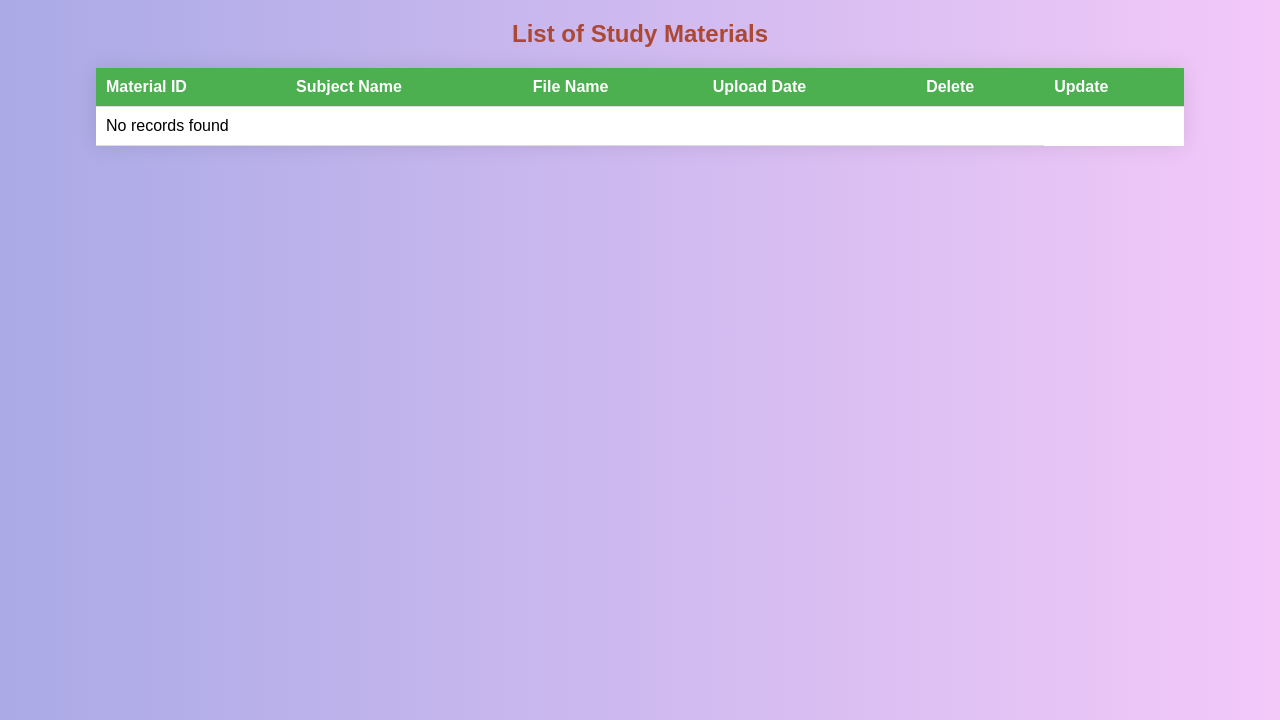
Repository: Acharya-Keerthana/Education
Page: http://localhost/third_sem/COD.php
An editor plug-in stored every save of this project. The page is shown before and after the next save, followed by the edit.
The browser window is 1280 px wide. The pictures show the whole page.
The page is run by PHP 8.4 with error messages shown; the project is at /var/www/html/. Queries for data that is not in the repository find no rows.

Above is the page before, as saved 2024-04-16 20:50:25.

After the next save:
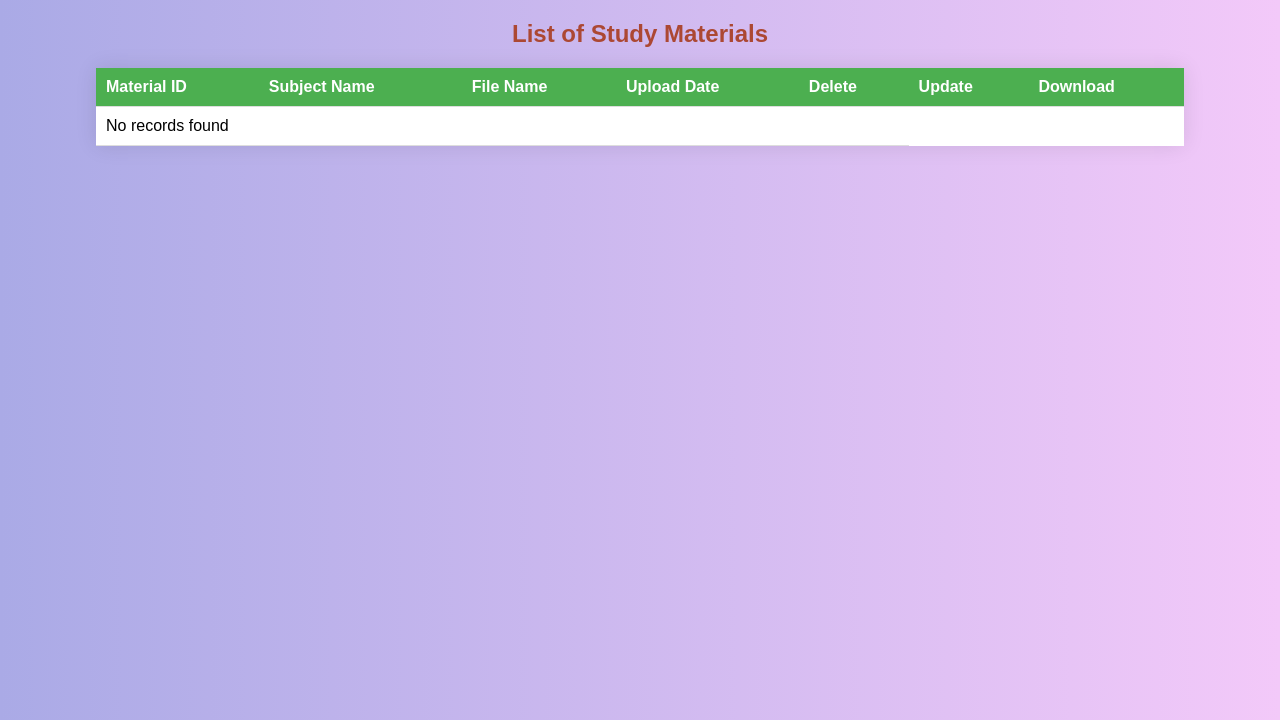
Saved 32 s later.
--- a/third_sem/COD.php
+++ b/third_sem/COD.php
@@ -14,6 +14,7 @@
                 <th>Upload Date</th>
                 <th>Delete</th>
                 <th>Update</th>
+                <th>Download</th>
             </tr>
             <?php
             require 'database.php';
@@ -33,6 +34,7 @@
                     echo "<td>" . $row["file_name"] . "</td>";
                     echo "<td>" . $row["upload_date"] . "</td>";
                     echo "<td>" . $row["Update"] . "</td>";
+                    echo "<td>" . $row["Download"] . "</td>";
                     echo "<td><a href='http://localhost/education/delete.php?material_id=" . $row['material_id'] . "' onclick=\"return confirm('Are you sure you want to delete this study material?');\">Delete</a></td>";
                     echo "<td><a href='http://localhost/education/updateup.php?material_id=" . $row['material_id'] . "' onclick=\"return confirm('Are you sure you want to update this study material?');\">Update</a></td>";
                     echo "<td><a href='http://localhost/education/download.php?material_id=" . $row['material_id'] . "' onclick=\"return confirm('Are you sure you want to Download this study material?');\">Download</a></td>";
